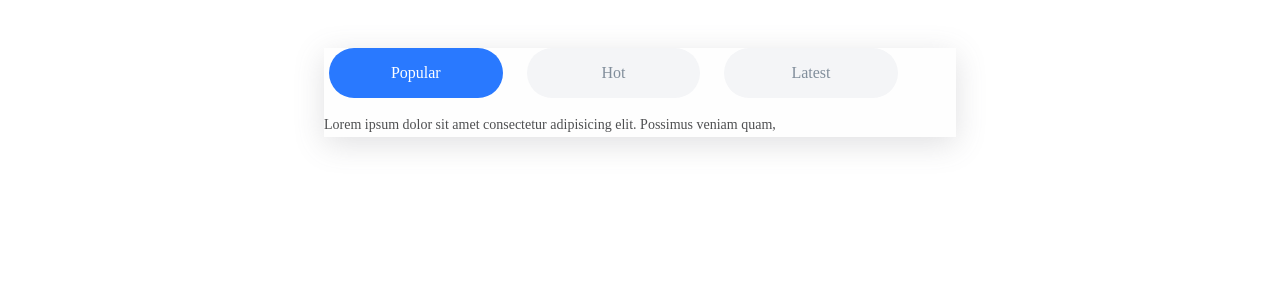
Repository: tungts3qb/Javascript
Page: tab.html
These files come from the project's save history. The page is drawn as it stood at one moment and after the next save; the edit follows.
The browser window is 1280 px wide. The pictures show the whole page.

Above is the page before, as saved 2022-12-25 01:12:01.

### tab.html
<!DOCTYPE html>
<html lang="en">
  <head>
    <meta charset="UTF-8" />
    <meta http-equiv="X-UA-Compatible" content="IE=edge" />
    <meta name="viewport" content="width=device-width, initial-scale=1.0" />
    <link rel="stylesheet" href="style.css" />
    <title>Tab</title>
  </head>
  <body>
    <div class="tab">
      <div class="tab-list">
        <div class="tab-item active">Popular</div>
        <div class="tab-item">Hot</div>
        <div class="tab-item">Latest</div>
      </div>
      <div class="tab-wrapper">
        <div class="tab-content active">
          <h3 class="post-title">
            Lorem ipsum dolor sit amet consectetur adipisicing elit. Possimus
            veniam quam,
          </h3>
        </div>

        <div class="tab-content">
          <h3 class="post-title">
            Lorem ipsum dolor sit amet consectetur adipisicing elit. Earum
            nostrum ullam quam repudiandae est corrupti et vero at non alias!
          </h3>
        </div>

        <div class="tab-content">
          <h3 class="post-title">
            Lorem ipsum dolor sit amet consectetur adipisicing elit. Vero
            aspernatur dolore quibusdam et, vel pariatur dolores minima ipsa
            voluptas repellat rem, blanditiis corporis fugiat aut ullam debitis
            at sunt aliquid?
          </h3>
        </div>
      </div>
    </div>
    <script src="./tab.js"></script>
  </body>
</html>

### style.css
.button {
  padding: 20px;
  color: white;
  background-color: #ffa400;
  border: 0;
  margin: 50px auto;
  display: block;
  width: 300px;
  font-family: "Poppins", sans-serif;
}

.change {
  display: block;
  padding: 15px 40px;
  border-radius: 10px;
  border: 0;
  color: white;
  font-family: "Poppins", sans-serif;
  margin: 50px auto;
  background-color: #3d6ef7;
}

.menu {
  width: 300px;
  position: fixed;
  top: 0;
  right: 0;
  bottom: 0;
  box-shadow: rgba(100, 100, 111, 0.2) 0px 7px 29px 0px;
  list-style: none;
  transform: translateX(100%);
  transition: transform 0.25s linear;
  margin-top: 0;
  margin-bottom: 0;
}

.menu.is-show {
  transform: translateX(0%);
}

.menu-link {
  display: block;
  padding: 20px 15px;
  color: #333;
  border-bottom: 1px solid #eee;
}

.header {
  padding: 20px;
  display: flex;
  align-items: center;
  justify-content: flex-end;
}

.menu-toggle {
  cursor: pointer;
  font-size: 30px;
  position: relative;
  z-index: 9999;
}

.menu-item a {
  text-decoration: none;
}

/* ============ Tab.html ============= */

.tab {
  margin: 3rem auto;
  width: 50%;
  background-color: #fefefe;
  box-shadow: rgba(100, 100, 111, 0.2) 0px 7px 29px 0px;
}

.tab-list {
  display: flex;
  justify-content: space-between;
  transform: translateX(5px);
  width: 90%;
}

.tab-item {
  cursor: pointer;
  padding: 1rem 2rem;
  border-radius: 5rem;
  color: #818e9b;
  background-color: #f4f5f7;
  text-align: center;
  white-space: nowrap;
  font-weight: 500;
  margin: 0 auto;
  flex: 1;
}

.tab-item.active {
  color: white;
  background-color: #2979ff;
  pointer-events: none;
}

.tab-item:not(:first-child) {
  margin-left: 1.5rem;
}

.tab-content {
  display: none;
}

.tab-content.active {
  display: block;
}

.post {
  display: flex;
  align-items: center;
}

.post:not(:first-child) {
  margin-bottom: 2rem;
}

.post-title {
  color: #4e4f51;
  font-weight: 300;
  line-height: 1.8;
  font-size: 14px;
}

Loaded but not shown: tab.js (no copy from this time; the picture is the same without it)

After the next save:
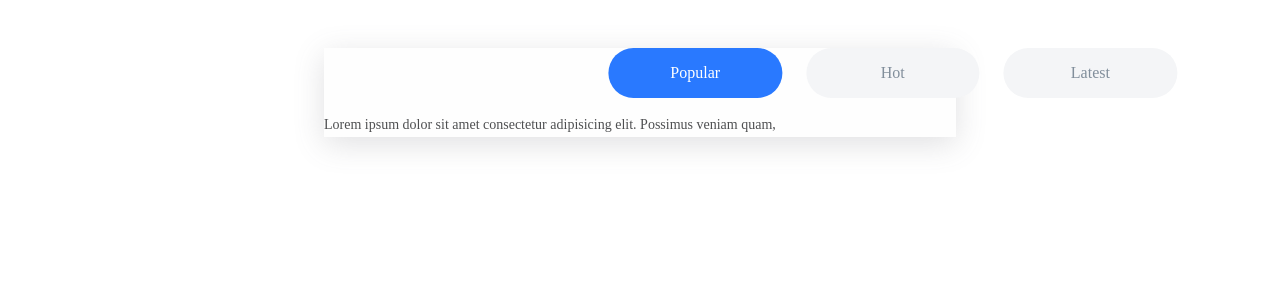
Saved 11 s later.
--- a/style.css
+++ b/style.css
@@ -75,7 +75,7 @@
 .tab-list {
   display: flex;
   justify-content: space-between;
-  transform: translateX(5px);
+  transform: translateX(50%);
   width: 90%;
 }
 
